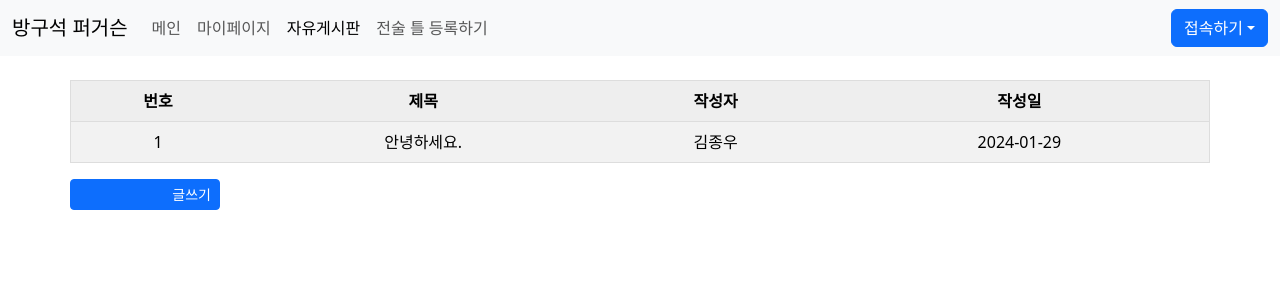
Repository: jiiiiiw/Spring-BBS
Page: http://localhost/BBS/bbs.jsp
These files come from the project's save history. The page is drawn as it stood at one moment and after the next save; the edit follows.
The browser window is 1280 px wide. The pictures show the whole page.
The page is served by Tomcat 9. Other server files are loaded and not shown.

Above is the page before, as saved 2024-01-30 04:52:54.

### BBS/src/main/webapp/bbs.jsp
<%@ page language="java" contentType="text/html; charset=UTF-8"
	pageEncoding="UTF-8"%>
<%@ page import="java.io.PrintWriter"%>
<!DOCTYPE html>
<html>
<head>
<meta charset="UTF-8">
<!-- 반응형 -->
<meta name="viewport" content="width=device-width" , initial-scale="1">
<!-- 정적 부트스트랩 참조 -->
<script src="js/bootstrap.js"></script>
<script src="js/bootstrap.bundle.js"></script>
<link href="css/bootstrap.css" rel="stylesheet">
<title>JSP 게시판 웹 사이트</title>
</head>
<body>
	<%
	String userID = null;
	if (session.getAttribute("userID") != null) {
		userID = (String) session.getAttribute("userID");
	}
	%>
	<nav class="navbar navbar-expand-lg navbar-light bg-light">
		<div class="container-fluid">
			<a class="navbar-brand" href="main.jsp">방구석 퍼거슨</a>

			<!-- 토글 버튼 -->
			<button class="navbar-toggler" type="button"
				data-bs-toggle="collapse" data-bs-target="#navbarSupportedContent"
				aria-controls="navbarSupportedContent" aria-expanded="false"
				aria-label="Toggle navigation">
				<span class="navbar-toggler-icon"></span>
			</button>

			<!-- Navbar 링크 및 폼 -->
			<div class="collapse navbar-collapse" id="navbarNav">
				<ul class="navbar-nav me-auto">
					<li class="nav-item"><a class="nav-link" href="main.jsp">메인</a></li>
					<li class="nav-item"><a class="nav-link" href="#">마이페이지</a></li>
					<li class="nav-item"><a class="active nav-link" href="bbs.jsp">자유게시판</a></li>
					<li class="nav-item"><a class="nav-link" href="#">전술 틀
							등록하기</a></li>
				</ul>
			</div>

			<%
			if (userID != null) {
			%>
			<div class="dropdown">
				<button class="btn btn-primary dropdown-toggle" type="button"
					id="dropdownMenuButton" data-bs-toggle="dropdown"
					aria-haspopup="true" aria-expanded="false">로그아웃</button>
				<div class="dropdown-menu" aria-labelledby="dropdownMenuButton">

					<a class="dropdown-item" href="logoutAction.jsp">로그아웃</a>
					<!-- 원하는 만큼 드롭다운 메뉴 항목 추가 -->
				</div>
			</div>
			<%
			} else {
			%>
			<div class="dropdown">
				<button class="btn btn-primary dropdown-toggle" type="button"
					id="dropdownMenuButton" data-bs-toggle="dropdown"
					aria-haspopup="true" aria-expanded="false">접속하기</button>
				<div class="dropdown-menu" aria-labelledby="dropdownMenuButton">

					<a class="dropdown-item" href="login.jsp">로그인</a> <a
						class="dropdown-item" href="join.jsp">회원가입</a>
					<!-- 원하는 만큼 드롭다운 메뉴 항목 추가 -->
				</div>
			</div>
			<%
			}
			%>
		</div>
	</nav>

	<div class="container mt-4">
		<div class="row">
			<table class="table table-striped"
				style="text-align: center; border: 1px solid #dddddd">
				<thead>
					<tr>
						<th style="background-color: #eeeeee; text-align: center;">번호</th>
						<th style="background-color: #eeeeee; text-align: center;">제목</th>
						<th style="background-color: #eeeeee; text-align: center;">작성자</th>
						<th style="background-color: #eeeeee; text-align: center;">작성일</th>
					</tr>
				</thead>
				<tbody>
					<tr>
						<td>1</td>
						<td>안녕하세요.</td>
						<td>김종우</td>
						<td>2024-01-29</td>
					</tr>
				</tbody>
			</table>
			<a href="write.jsp"
			class="btn btn-sm btn-primary d-flex justify-content-end" style="width: 150px;">글쓰기</a>
		</div>
	</div>


</body>
</html>

Loaded but not shown: BBS/src/main/webapp/js/bootstrap.js (library); BBS/src/main/webapp/js/bootstrap.bundle.js (library); BBS/src/main/webapp/css/bootstrap.css (library)

After the next save:
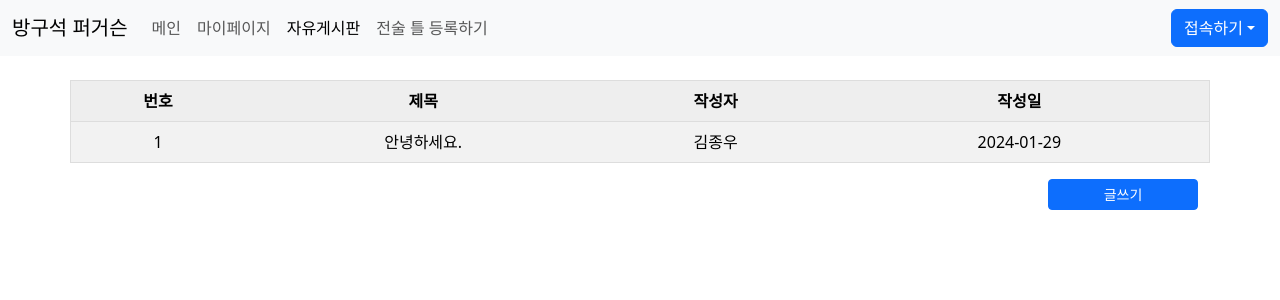
Saved 51 s later.
--- a/BBS/src/main/webapp/bbs.jsp
+++ b/BBS/src/main/webapp/bbs.jsp
@@ -97,8 +97,10 @@
 					</tr>
 				</tbody>
 			</table>
-			<a href="write.jsp"
-			class="btn btn-sm btn-primary d-flex justify-content-end" style="width: 150px;">글쓰기</a>
+			<div class="d-flex justify-content-end">
+				<a href="write.jsp" class="btn btn-sm btn-primary"
+					style="width: 150px;">글쓰기</a>
+			</div>
 		</div>
 	</div>
 
